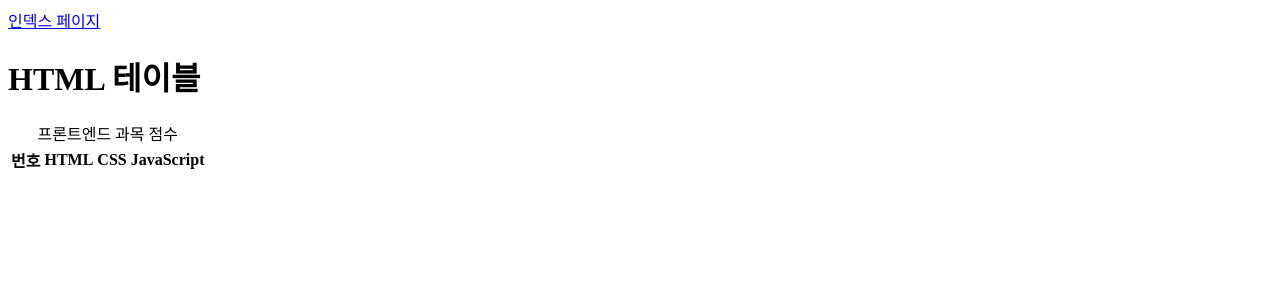
Repository: Sid0130/HTML
Page: lab-web/lab01_html/src/main/webapp/table.html
An editor plug-in stored every save of this project. The page is shown before and after the next save, followed by the edit.
The browser window is 1280 px wide. The pictures show the whole page.

Above is the page before, as saved 2024-12-03 07:10:52.

After the next save:
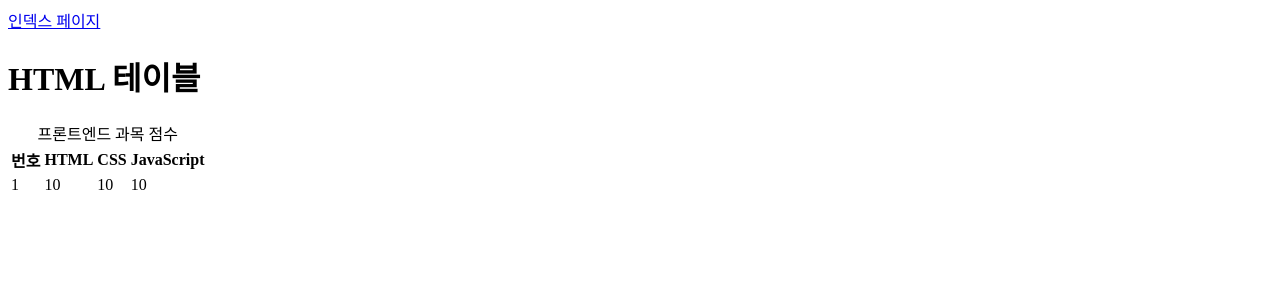
Saved 13 s later.
--- a/lab-web/lab01_html/src/main/webapp/table.html
+++ b/lab-web/lab01_html/src/main/webapp/table.html
@@ -21,10 +21,10 @@
                 </thead>
                 <tbody> <!-- table body(표 몸통) -->
                     <tr>
-                        <td> </td><!-- table cell data -->
-                        <td> </td>
-                        <td> </td>
-                        <td> </td>
+                        <td>1</td><!-- table cell data -->
+                        <td>10</td>
+                        <td>10</td>
+                        <td>10</td>
                     </tr>
                 </tbody>
         </table>
